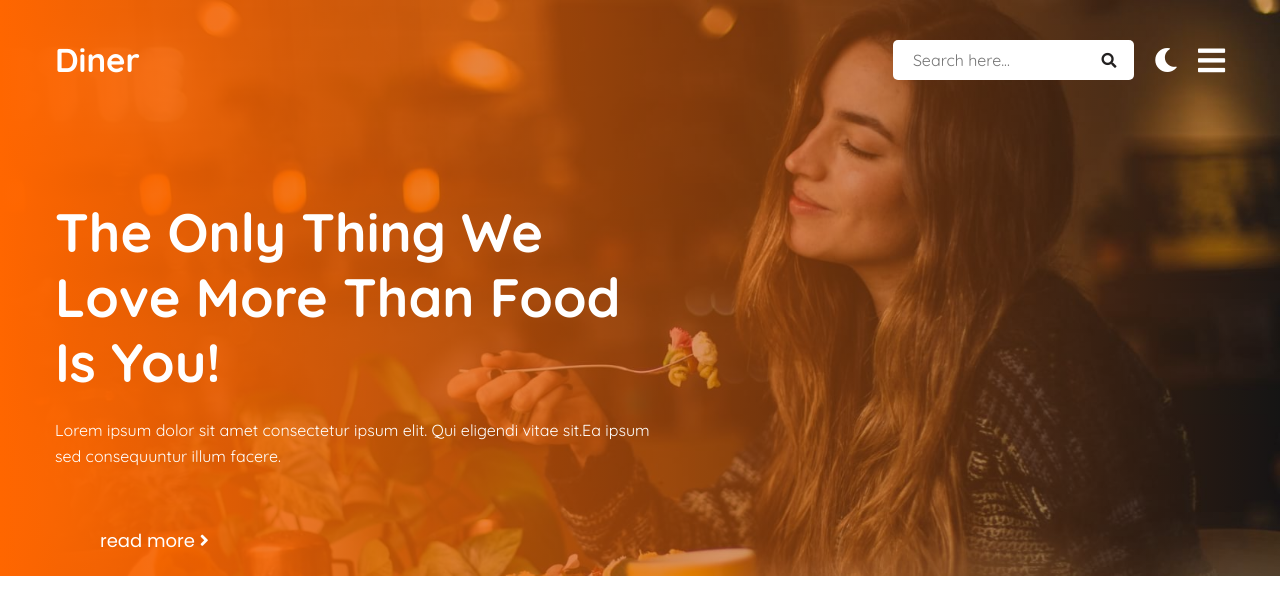
Repository: baobaodeveloper/bootscap21_project_AnhBao_VietToan_VietDuc
Page: index.html
The author's editor kept a copy of each file at every save. The page is drawn from the files as they stood at one save, then again after the next save.
The browser window is 1280 px wide. The pictures show the whole page.

Above is the page before, as saved 2022-03-02 23:16:33.

After the next save:
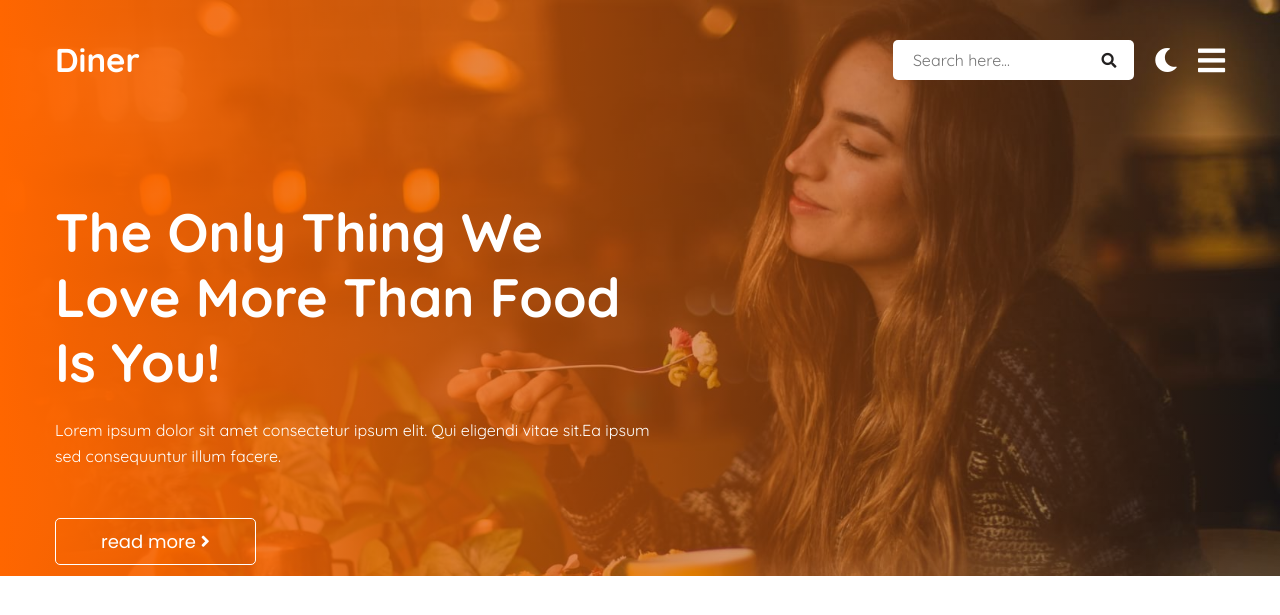
Saved 18 s later.
--- a/style.css
+++ b/style.css
@@ -57,6 +57,7 @@ body {
 .btn {
   padding: 1.2rem 4.5rem;
   border-radius: 0.5rem;
+  border: 1px solid var(--white-color);
 
   color: var(--white-color);
 
